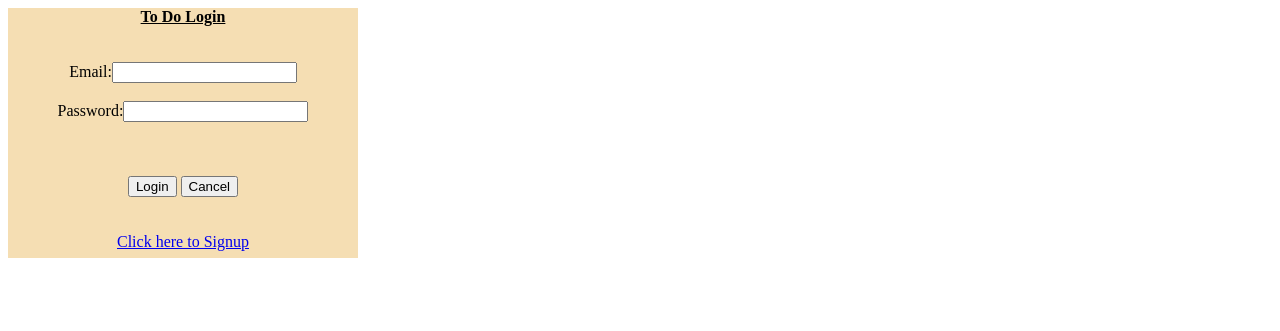
Repository: Spurthiv/todoapp
Page: Servlet_todo_app/src/main/webapp/Login.html
These files come from the project's save history. The page is drawn as it stood at one moment and after the next save; the edit follows.
The browser window is 1280 px wide. The pictures show the whole page.

Above is the page before, as saved 2023-11-22 07:33:35.

### Servlet_todo_app/src/main/webapp/Login.html
<!DOCTYPE html>
<html>
<head>
<meta charset="ISO-8859-1">
<title>Insert title here</title>
</head>
    <style>
        form {
            height: 250px;
            width: 350px;
            background-color: wheat;
            text-decoration-color: blueviolet;
            text-align: center;
        }
        u{
			text-align: center;
		}
    </style>
<body>

<form action="" method="get">
        <legend><u><b>To Do Login</b></u> </legend>
        <br><br>
        Email:<input type="email" name="email" /> <br><br>
        Password:<input type="text" name="pwd" /> <br><br><br /><br>
        <button type="submit" formaction="process">Login</button>
        <button type="reset" formaction="process">Cancel</button> <br><br><br>
        <a href="./Signup.html">Click here to Signup</a>
    </form>

</body>
</html>

After the next save:
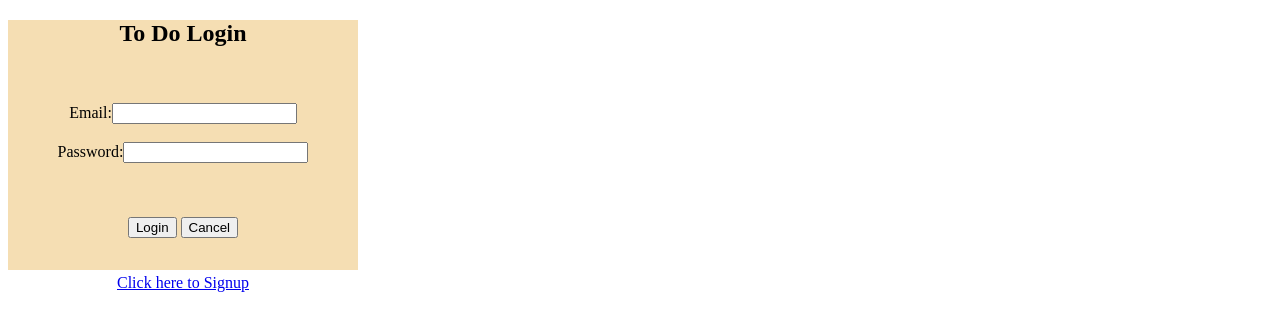
Saved 32 s later.
--- a/Servlet_todo_app/src/main/webapp/Login.html
+++ b/Servlet_todo_app/src/main/webapp/Login.html
@@ -19,7 +19,7 @@
 <body>
 
 <form action="" method="get">
-        <legend><u><b>To Do Login</b></u> </legend>
+        <legend><b><h2>To Do Login</h2></b></legend>
         <br><br>
         Email:<input type="email" name="email" /> <br><br>
         Password:<input type="text" name="pwd" /> <br><br><br /><br>
